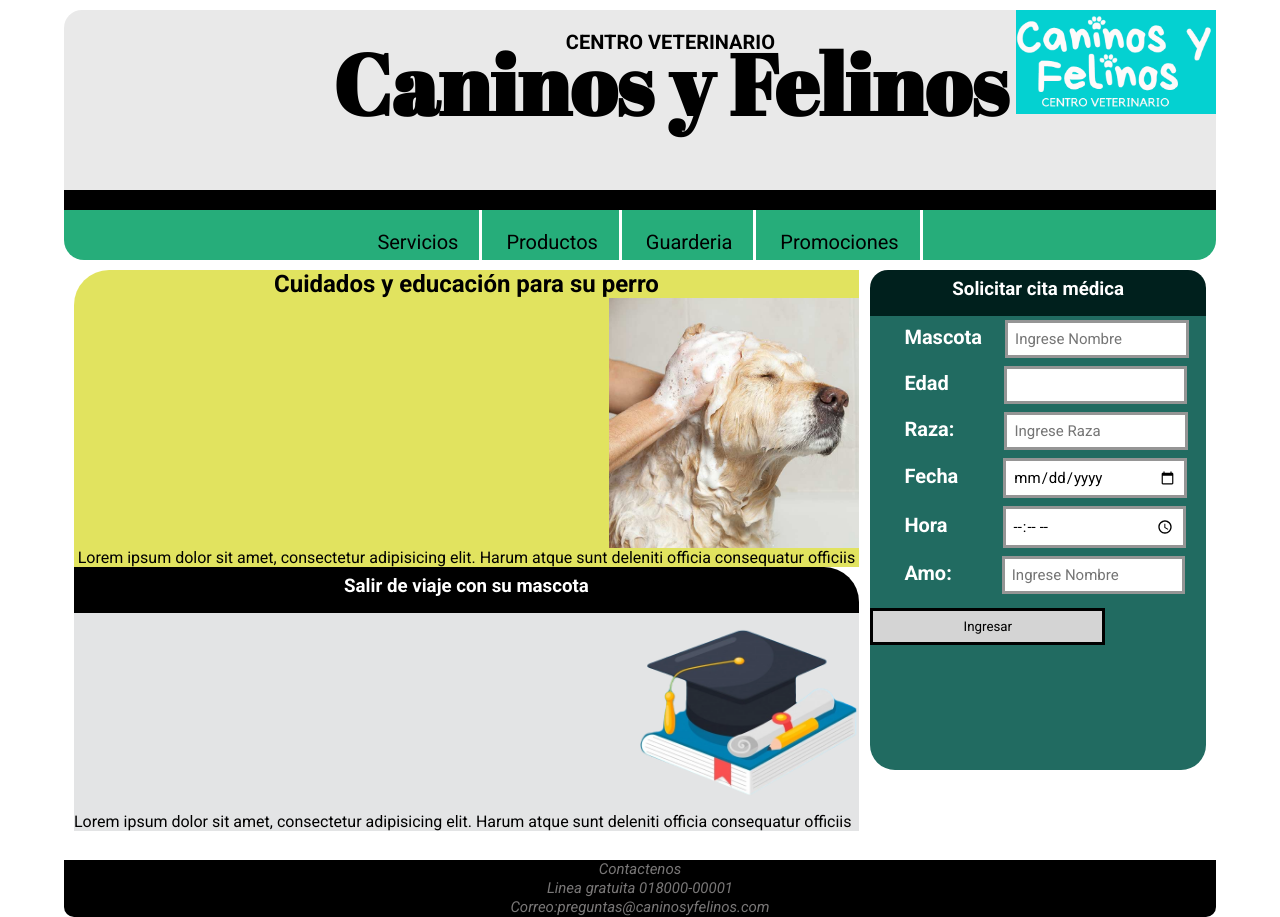
Repository: NickArregoces/Veterinaria
Page: Index.html
The author's editor kept a copy of each file at every save. The page is drawn from the files as they stood at one save, then again after the next save.
The browser window is 1280 px wide. The pictures show the whole page.

Above is the page before, as saved 2021-10-05 16:54:54.

### Index.html
<!DOCTYPE html>
<html lang="en">
<head>
    <meta charset="UTF-8">
    <meta http-equiv="X-UA-Compatible" content="IE=edge">
    <meta name="viewport" content="width=device-width, initial-scale=1.0">
    <title>Canicos y felinos</title>
    <link rel="stylesheet" href="/CSS/Style.css">
    <link href="https://fonts.googleapis.com/css2?family=Roboto:ital,wght@0,100;0,300;0,400;0,500;0,700;0,900;1,100;1,300;1,400;1,500;1,700;1,900&display=swap" rel="stylesheet">
    <link rel="preconnect" href="https://fonts.googleapis.com">
    <link rel="preconnect" href="https://fonts.gstatic.com" crossorigin>
    <link href="https://fonts.googleapis.com/css2?family=Abril+Fatface&display=swap" rel="stylesheet">

</head>
<body>
    <div id="head">
        <header>
            <div class="image">
                <img src="/Images/logo.png" alt="logo">
            </div>
            <div class="title" >
                <h3>CENTRO VETERINARIO</h3>
                <h1>Caninos y Felinos</h1>
            </div>

        </header>

        <nav class="barra"></nav>

        <div class="navegador">
            <ul class="menu">
                <li><a href="#">Servicios</a></li>
                <li><a href="#">Productos</a></li>
                <li><a href="#">Guarderia</a></li>
                <li><a href="#">Promociones</a></li>
            </ul>
        </div>

    </div>
        <div id="Contenido">
            <div class="section">

                <form action="" class="cita">
                    <h3 style="color: rgb(255, 255, 255);">Solicitar cita médica</h3>
                        <div class="Mascota">
                            <h4>Mascota<input type="text" placeholder="Ingrese Nombre" required></h4>
                        </div>

                        <div class="Edad">
                            <h4>Edad<input type="number" required></h4>
                        </div>

                        <div class="Raza">
                            <h4>Raza:<input type="text" placeholder="Ingrese Raza" required></h4>
                        </div>
                        <div class="Fecha">
                            <h4>Fecha<input type="date" placeholder="" required></h4>
                        </div>

                        <div class="Hora">
                            <h4>Hora<input type="time" required></h4>
                        </div>

                        <div class="Amo">
                            <h4>Amo:<input type="text" placeholder="Ingrese Nombre" required></h4>
                        </div>

                    <div class="center">
                        <button class="sumbit"> Ingresar </button>
                    </div>

                </form>
            </div>

            <div id="Cuadros">
                <aside>
                    <div class="Cuidados">
                        <h2 style="color: rgb(0, 0, 0);">Cuidados y educación para su perro</h2>

                        <div id="Prueba">
                        <img id="Prubea" src="/Images/credit.png" alt="">
                        </div>

                        <p>Lorem ipsum dolor sit amet, consectetur adipisicing elit.
                            Harum atque sunt deleniti officia consequatur officiis</p>
                    </div>

                    <div class="Viajes">
                        <h3 style="color: rgb(255, 255, 255);">Salir de viaje con su mascota</h3>

                        <div id="Prueba">
                        <img id="Prubea" src="/Images/Captura de pantalla 2021-10-04 181948.png" alt="">
                        </div>

                        <p>Lorem ipsum dolor sit amet, consectetur adipisicing elit.
                            Harum atque sunt deleniti officia consequatur officiis</p>
                    </div>
                </aside>
            </div>

            <div>
                <footer>
                        <p>Contactenos</p>
                        <p>Linea gratuita 018000-00001</p>
                        <p>Correo:preguntas@caninosyfelinos.com</p>
                </footer>
            </div>
        </div>

</body>
</html>

### CSS/Style.css

*{
    margin: 0 auto;
    padding: 0px;
    list-style:none;
    font-family: 'Roboto', sans-serif;
}
body{
    font-family: Arial, Helvetica, sans-serif;
    background: rgb(255, 255, 255);
    width: 90%;
    color: rgb(0, 0, 0);
}
header{
    width: 100%;
    margin-top: 10px;
    background:rgb(233, 233, 233);
    border-top-left-radius:  18px;
    border-top-right-radius:  18px;
    height: 180px;
}
    img{
        float: right;
        width: 200px;
    }
    .title{
        float: right;
        width: 60%;
        margin-top: 20px;
    }
    header h1{
        font-family: 'Abril Fatface', cursive;
        font-size: 85px;
        text-align: center;
        line-height: 60px;
        display: block;
        color: black;
    }
    header h3{
        font-size: 20px;
        text-align: center;
    }

nav.barra{
    background: rgb(0, 0, 0);
    height: 20px;
}
div.navegador{
    text-align: center;
}
    ul.menu{
        border-bottom-left-radius: 20px 20px;
        border-bottom-right-radius: 20px 20px;
        background: rgb(38, 173, 122);
        height: 50px;
        list-style: none;
        padding: 0;
        max-width: 10000px;
    }
    .menu li a{
        height: 10px;
        font-size: 20px;
        margin-right: 1px;
        text-decoration: none;
        color:black;
        padding: 20px;
        display: inline-block;
    }
    .menu li {
        border-right: solid white;
        display: inline-block;
        }
    .menu li a:hover{
        background: #242323b6;
        color: white;
        }

.section{
    width: 30%;
    float: right;
}
    /*Formulario Login*/
    form{
        background: rgb(33, 107, 97);
        border-radius: 25px;
        margin-top: 10px;
        margin-right:10px;
        margin-bottom: 10px;
        height: 500px;
    }
        form h3{
            text-align: center;
            background: rgb(0, 32, 29);
            height: 30px;
            padding: 8px;
            border-top-left-radius: 18px;
            border-top-right-radius: 18px;
        }
        form h4{
            font-size: 20px;
            padding: 4px;
            margin-left: 30px;
            color: rgb(255, 255, 255);

        }
        form input{
            font-size: 15px;
            width: 55%;
            padding: 7px;
            display: inline;
            border: solid rgb(149, 149, 149);
            margin-left: 10px;
        }
        div.Mascota input {
            margin-left: 23px;
        }
        div.Edad input {
            margin-left: 55px;
        }
        div.Raza input {
            margin-left: 50px;
        }
        div.Fecha input {
            margin-left: 45px;
        }
        div.Hora input {
            margin-left: 55px;
        }
        div.Amo input {
            margin-left: 50px;
        }
        div.button{
            margin-top: 10px;
            margin: auto;
            text-align: center;
            width: 50%;
            cursor: pointer;
        }
        button{
            margin-top: 10px;
            width: 70%;
            padding: 8px;
            background: rgb(212, 212, 212);
            border: solid black;
            cursor: pointer;
        }
        button:hover{
            background: #000000b6;
            color: rgb(255, 255, 255);
        }
aside{
    width: 69%;
    height: 580px;
    margin-top: 10px;
    float: left;
    margin-bottom: 10px;
}
    div.Cuidados{
        border-top-left-radius: 35px;
        margin-left: 10px;
        background: rgba(216, 219, 45, 0.76);
        text-align:center;
        overflow:hidden;
    }
    /*Centrado Imagenes aside*/
    #Prueba{
        float: right;
    }
        div.Cuidados img {
            width: 250px;
        }
        /*Efecto Imagenes aside*/
        div img:hover{
            -webkit-transform:scale(1.1);
            transform:scale(1.1);
        }
        div.Cuidados p{
            display: inline-block;
            text-align: center;
        }

    div.Viajes {
        border-top-right-radius: 35px;
        margin-left: 10px;
        background: #e3e4e5;
     }
        div.Viajes img {
            width: 220px;
            margin-top: 15px;
            margin-bottom: 15px;
        }
        div.Viajes h3{
            text-align: center;
            background: black;
            height: 30px;
            padding: 8px;
            border-top-right-radius: 35px;
        }
        div.Viajes p{
            display: inline-block;
            text-align: center;
        }

footer{
    background: black;
    clear: both;
    border-bottom-left-radius: 10px;
    border-bottom-right-radius: 10px;
}
    footer p{
        font-size: 15px;
        text-align: center;
        line-height: 15px;
        color: rgb(121, 119, 119);
        font-style:italic;
        padding: 2px;
    }

After the next save:
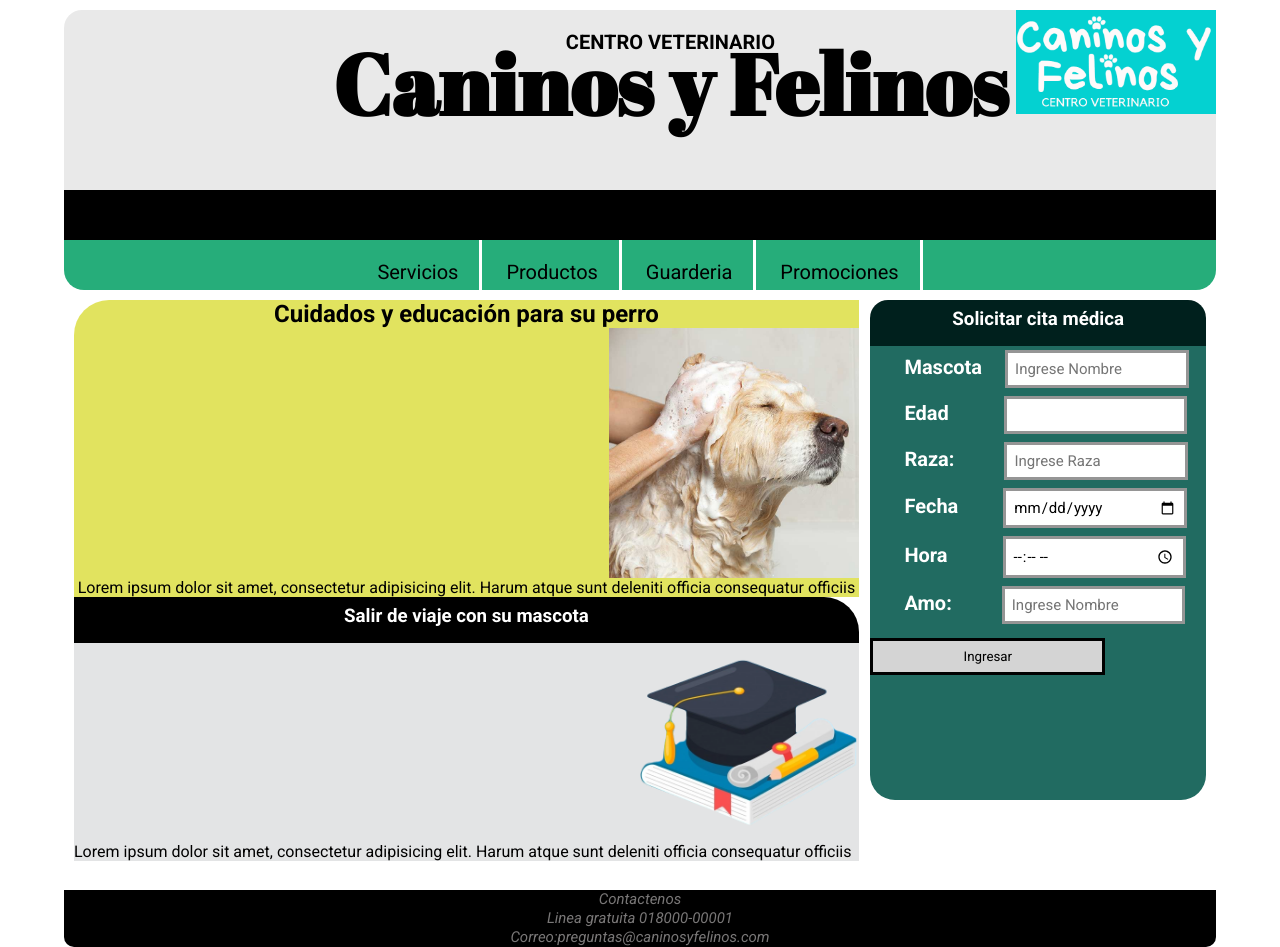
Saved 19 s later.
--- a/CSS/Style.css
+++ b/CSS/Style.css
@@ -43,7 +43,7 @@
 
 nav.barra{
     background: rgb(0, 0, 0);
-    height: 20px;
+    height: 50px;
 }
 div.navegador{
     text-align: center;

After the save that followed:
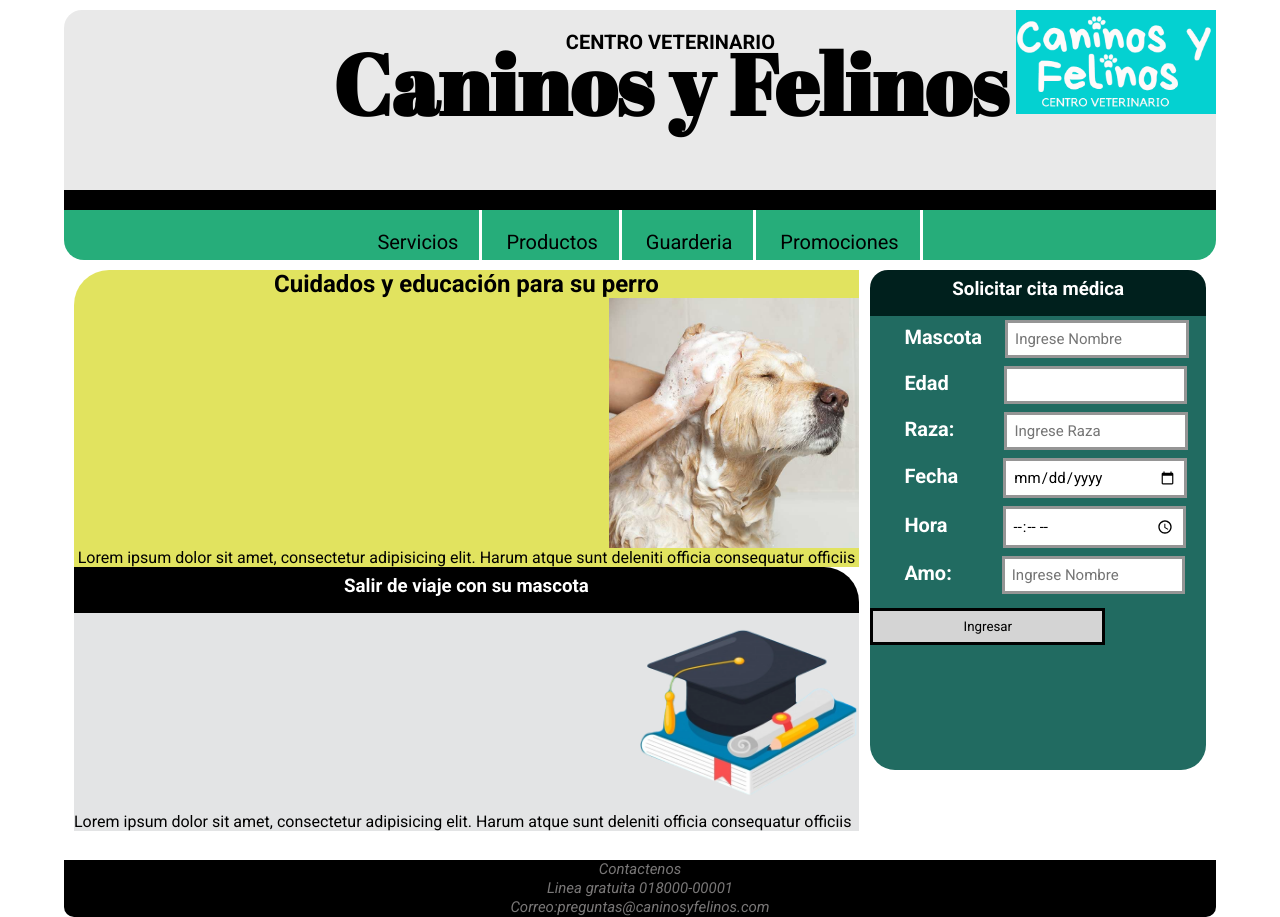
Saved 13 s later.
--- a/CSS/Style.css
+++ b/CSS/Style.css
@@ -43,7 +43,7 @@
 
 nav.barra{
     background: rgb(0, 0, 0);
-    height: 50px;
+    height: 20px;
 }
 div.navegador{
     text-align: center;
